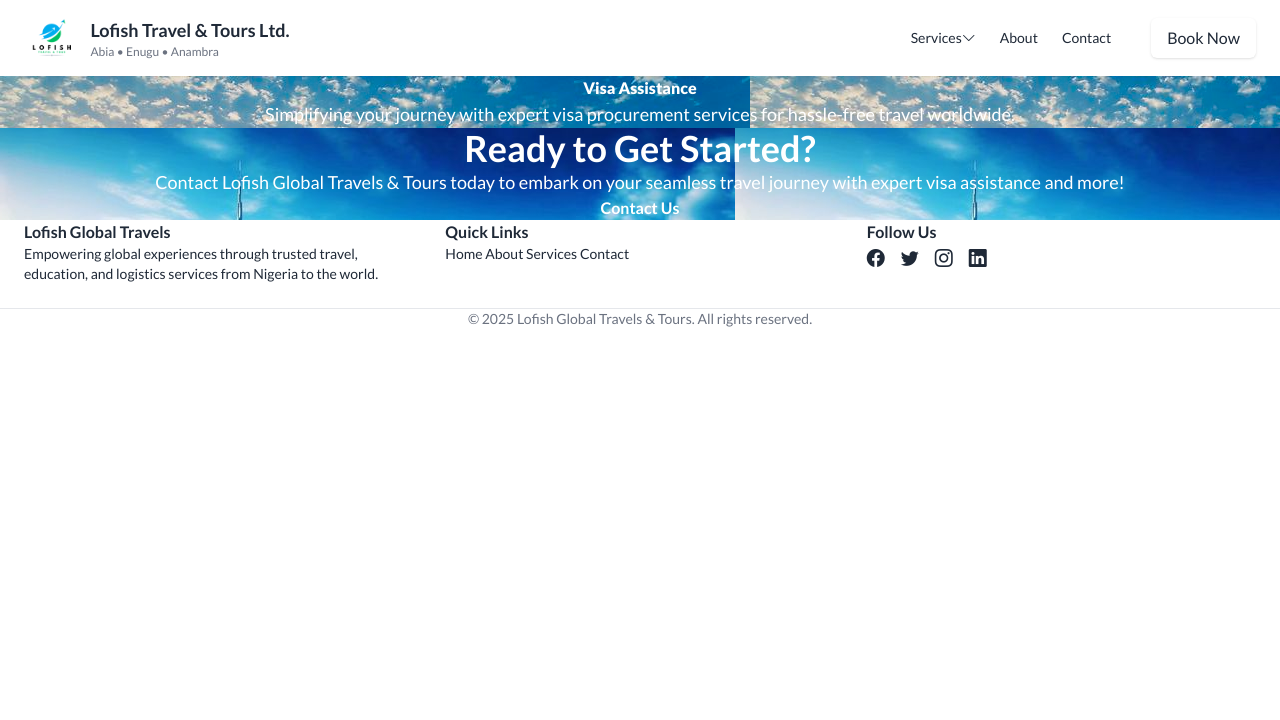
Repository: PhantomMiles/Lofish-Travels-and-Tours
Page: visa.html
The author's editor kept a copy of each file at every save. The page is drawn from the files as they stood at one save, then again after the next save.
The browser window is 1280 px wide. The pictures show the whole page.

Above is the page before, as saved 2025-11-14 12:46:06.

After the next save:
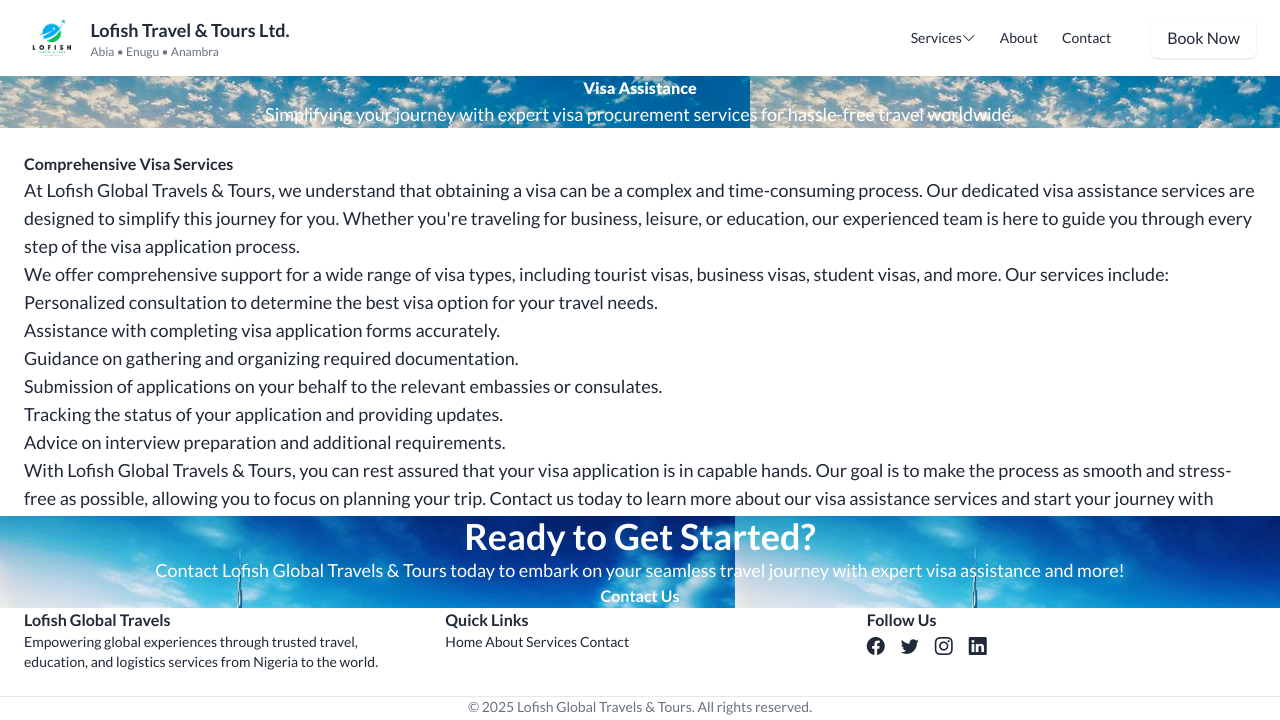
Saved 13 s later.
--- a/visa.html
+++ b/visa.html
@@ -117,7 +117,26 @@
     <!-- MAIN CONTENT -->
     <!-- ========================================================= -->
     <main class="max-w-5xl px-6 py-16 mx-auto">
-
+        <article class="mb-12">
+            <h2 class="mb-4 text-3xl font-bold text-teal-700">Comprehensive Visa Services</h2>
+            <p class="mb-6 text-lg leading-relaxed">
+            At Lofish Global Travels & Tours, we understand that obtaining a visa can be a complex and time-consuming process. Our dedicated visa assistance services are designed to simplify this journey for you. Whether you're traveling for business, leisure, or education, our experienced team is here to guide you through every step of the visa application process.
+            </p>
+            <p class="mb-6 text-lg leading-relaxed">
+            We offer comprehensive support for a wide range of visa types, including tourist visas, business visas, student visas, and more. Our services include:
+            </p>
+            <ul class="mb-6 list-disc list-inside text-lg leading-relaxed">
+            <li>Personalized consultation to determine the best visa option for your travel needs.</li>
+            <li>Assistance with completing visa application forms accurately.</li>
+            <li>Guidance on gathering and organizing required documentation.</li>
+            <li>Submission of applications on your behalf to the relevant embassies or consulates.</li>
+            <li>Tracking the status of your application and providing updates.</li>
+            <li>Advice on interview preparation and additional requirements.</li>
+            </ul>
+            <p class="text-lg leading-relaxed">
+            With Lofish Global Travels & Tours, you can rest assured that your visa application is in capable hands. Our goal is to make the process as smooth and stress-free as possible, allowing you to focus on planning your trip. Contact us today to learn more about our visa assistance services and start your journey with confidence.
+            </p>
+        </article>
     </main>
 
 
